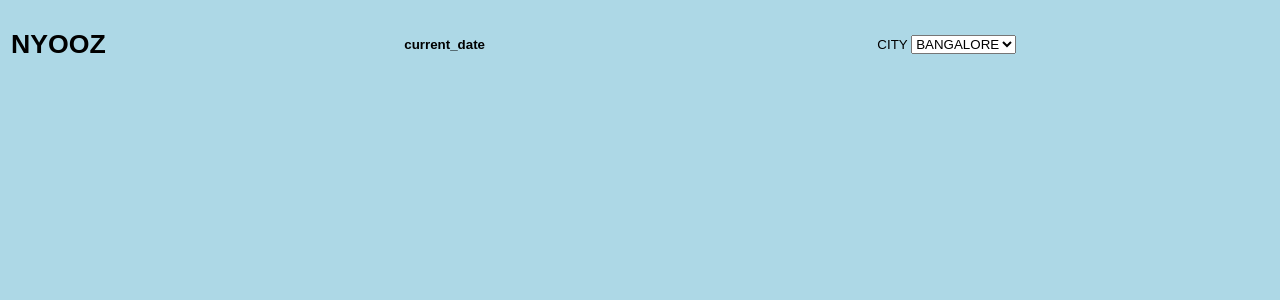
Repository: rsud2253/nyooz
Page: html_play/nyooz_home/index.html
These files come from the project's save history. The page is drawn as it stood at one moment and after the next save; the edit follows.
The browser window is 1280 px wide. The pictures show the whole page.

Above is the page before, as saved 2012-07-21 07:03:17.

After the next save:
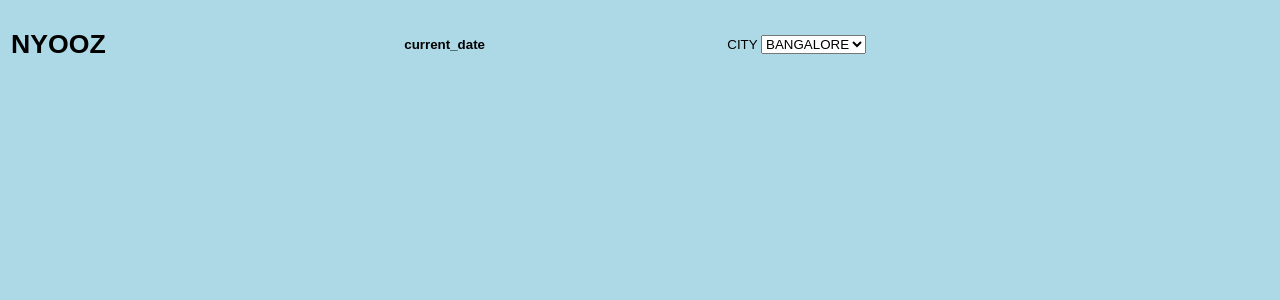
Saved 34 s later.
--- a/html_play/nyooz_home/index.html
+++ b/html_play/nyooz_home/index.html
@@ -22,7 +22,7 @@
     			</td>
 
 
-    			<td align="right">
+    			<td align="center">
     				<label>CITY</label>
     				<select>
     					<option>BANGALORE</option>
